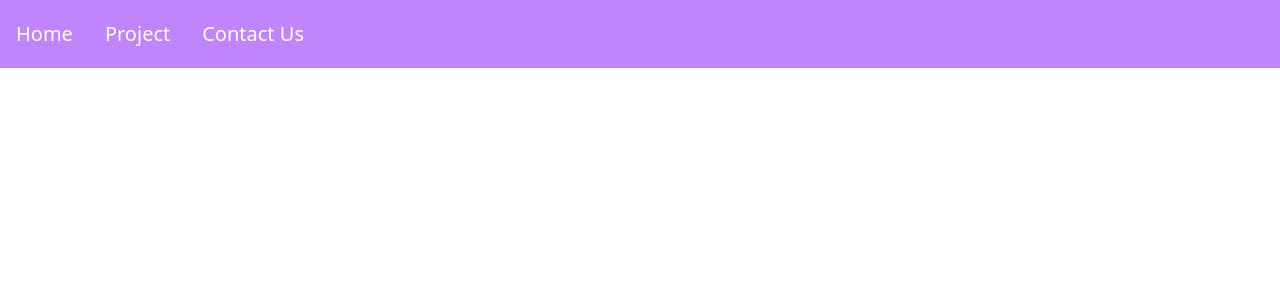
Repository: ashut6138/RozarpayClone
Page: Desktop/RozarpayClone/index.html
The author's editor kept a copy of each file at every save. The page is drawn from the files as they stood at one save, then again after a run of saves.
The browser window is 1280 px wide. The pictures show the whole page.
Some web libraries are served in a nearby version.

Above is the page before, as saved 2025-01-21 23:16:51.

After the next 3 saves:
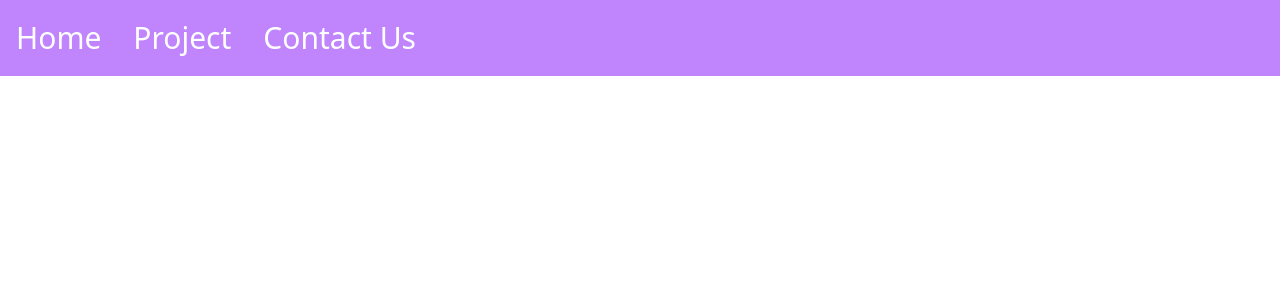
The 3 saves are shown as one change because they came seconds apart.
The last was saved 5 min 26 s later.
--- a/Desktop/RozarpayClone/index.html
+++ b/Desktop/RozarpayClone/index.html
@@ -10,9 +10,9 @@
 <body>
     <nav>
         <ul class="py-5 bg-purple-400 flex">
-            <li class="mx-4 text-white text-xl">Home</li>
-            <li class="mx-4 text-white text-xl">Project</li>
-            <li class="mx-4 text-white text-xl">Contact Us</li>
+            <li class="mx-4 text-white text-3xl">Home</li>
+            <li class="mx-4 text-white text-3xl">Project</li>
+            <li class="mx-4 text-white text-3xl">Contact Us</li>
         </ul>
     </nav>
 
